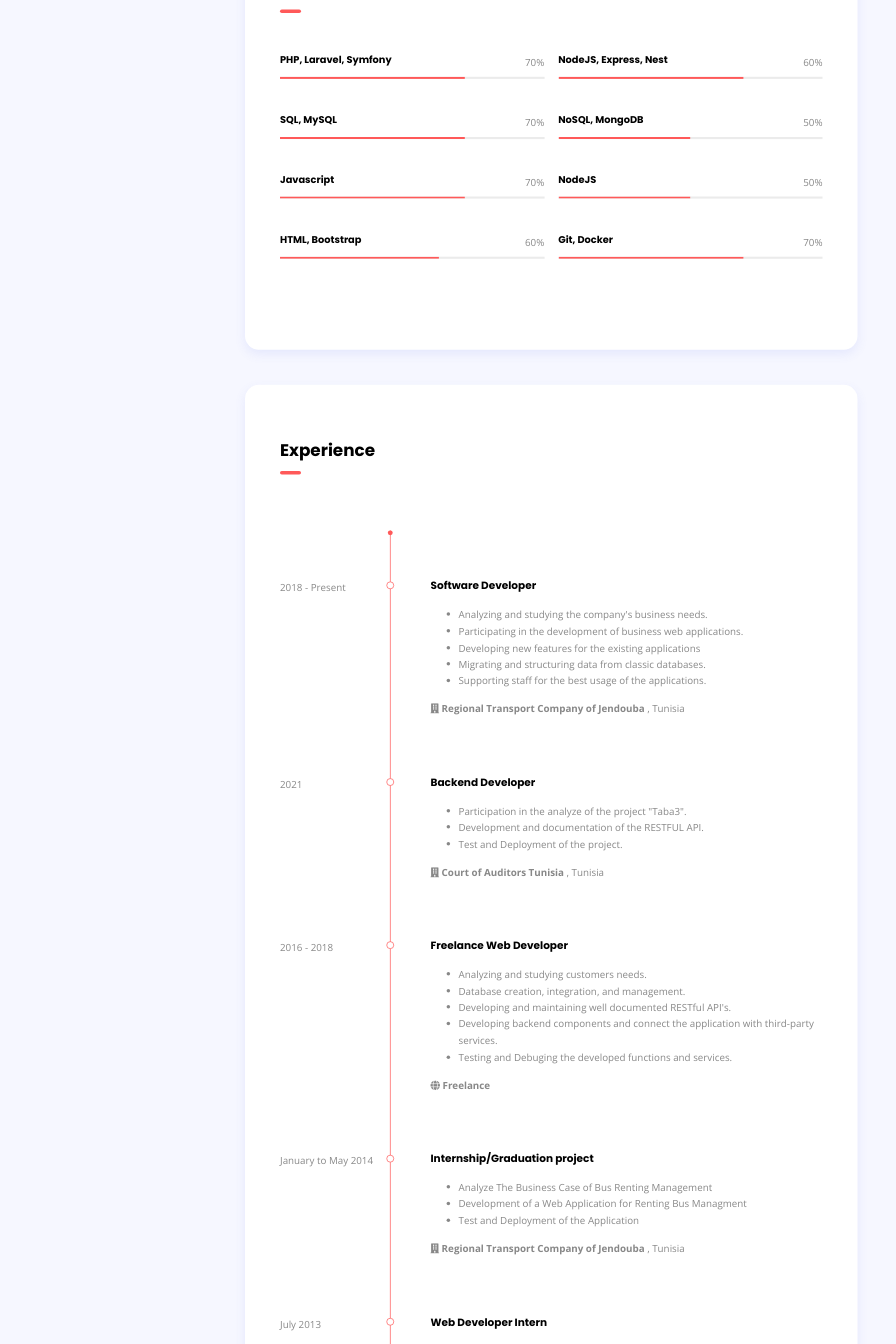
Repository: Adib128/Adib128.github.io
Page: index.html
The author's editor kept a copy of each file at every save. The page is drawn from the files as they stood at one save, then again after the next save.
The browser window is 1280 px wide. The pictures show the part of the page from y = 1794 to 3714 px (the page is 5815 px tall before and 5729 px after), at 70% of full size.

Above is the page before, as saved 2021-10-21 17:34:52.

After the next save:
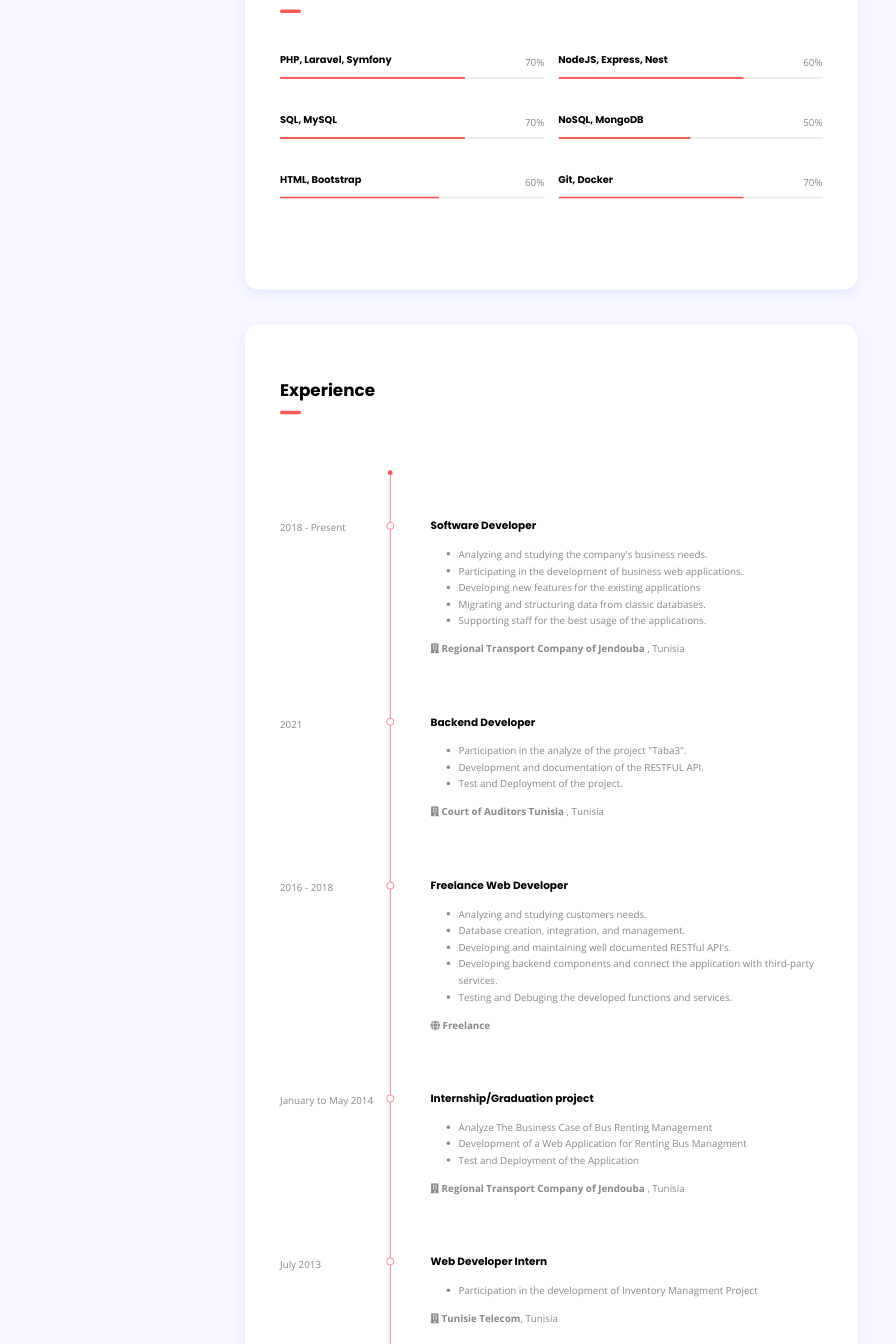
Saved 24 s later.
--- a/index.html
+++ b/index.html
@@ -232,38 +232,6 @@
 						<!-- skill item -->
 						<div class="skill-item">
 							<div class="skill-info clearfix">
-								<h4 class="float-left mb-3 mt-0">Javascript</h4>
-								<span class="float-right">70%</span>
-							</div>
-							<div class="progress">
-								<div class="progress-bar" role="progressbar" aria-valuemin="0" aria-valuemax="100"
-									aria-valuenow="70">
-								</div>
-							</div>
-							<div class="spacer" data-height="50"></div>
-						</div>
-					</div>
-
-					<div class="col-md-6">
-						<!-- skill item -->
-						<div class="skill-item">
-							<div class="skill-info clearfix">
-								<h4 class="float-left mb-3 mt-0">NodeJS</h4>
-								<span class="float-right">50%</span>
-							</div>
-							<div class="progress">
-								<div class="progress-bar" role="progressbar" aria-valuemin="0" aria-valuemax="100"
-									aria-valuenow="50">
-								</div>
-							</div>
-							<div class="spacer" data-height="50"></div>
-						</div>
-					</div>
-
-					<div class="col-md-6">
-						<!-- skill item -->
-						<div class="skill-item">
-							<div class="skill-info clearfix">
 								<h4 class="float-left mb-3 mt-0">HTML, Bootstrap</h4>
 								<span class="float-right">60%</span>
 							</div>
